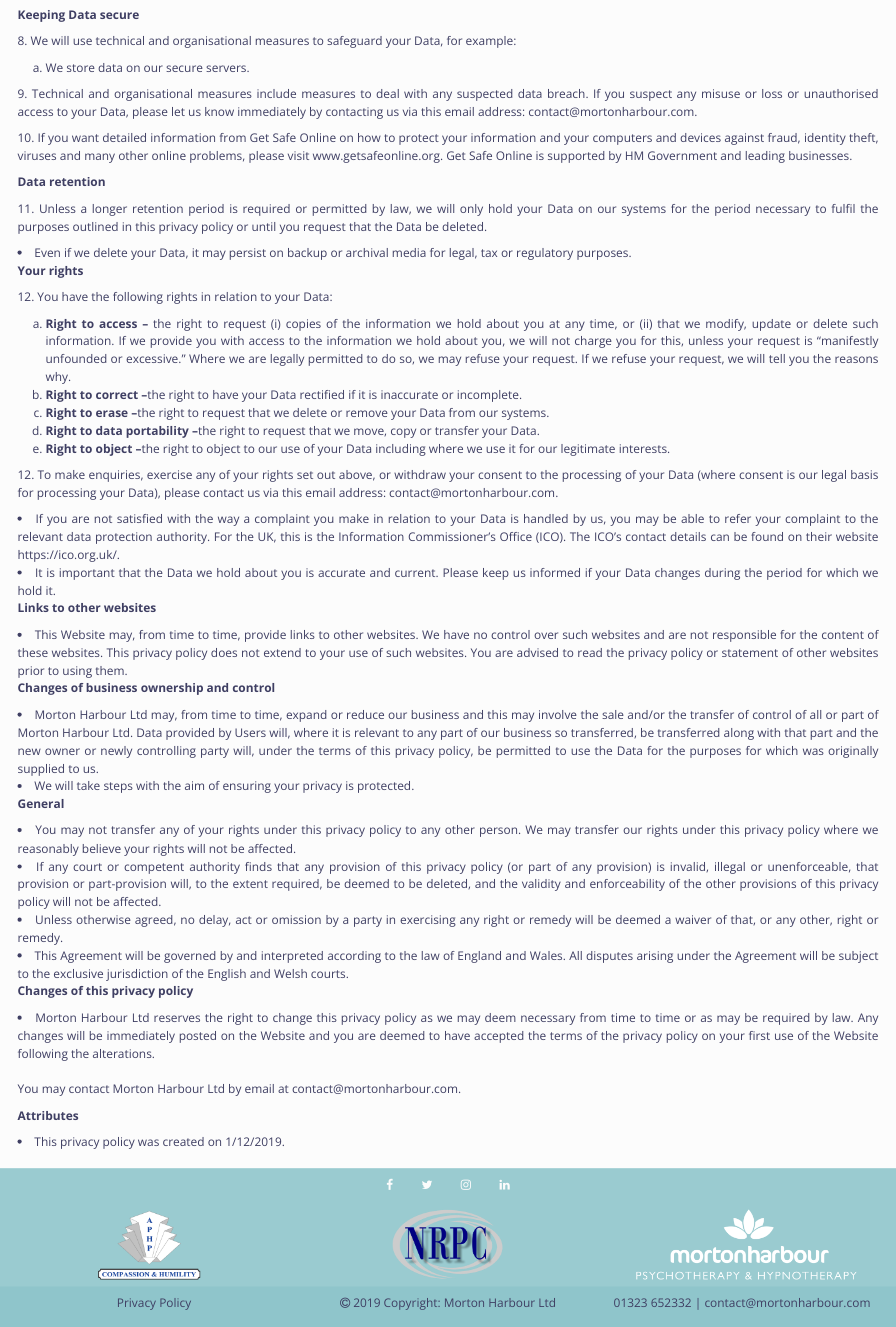
Repository: Code-Institute-Submissions/mortonharbour
Page: privacy_policy.html
The author's editor kept a record of every edit. The page is drawn from the files as they stood at one moment, then again after the next edit.
The browser window is 1280 px wide. The pictures show the part of the page from y = 1677 to 3597 px (the page is 3573 px tall before and 3597 px after), at 70% of full size.
Some web libraries are served in a nearby version.

Above is the page before.

### privacy_policy.html
<!DOCTYPE html>
<html lang="en">

<head>
    <meta charset="UTF-8">
    <meta name="viewport" content="width=device-width, initial-scale=1.0">
    <meta http-equiv="X-UA-Compatible" content="ie=edge">

    <!--Links to Bootstrap, JavaScript and FontAwesome cdn, customer style.css file-->
    <link rel="stylesheet" href="https://stackpath.bootstrapcdn.com/bootstrap/4.4.0/css/bootstrap.min.css" integrity="sha384-SI27wrMjH3ZZ89r4o+fGIJtnzkAnFs3E4qz9DIYioCQ5l9Rd/7UAa8DHcaL8jkWt" crossorigin="anonymous">
    <link rel="stylesheet" href="https://stackpath.bootstrapcdn.com/font-awesome/4.7.0/css/font-awesome.min.css" type="text/css" />
    <script src="https://code.jquery.com/jquery-3.2.1.slim.min.js" integrity="sha384-KJ3o2DKtIkvYIK3UENzmM7KCkRr/rE9/Qpg6aAZGJwFDMVNA/GpGFF93hXpG5KkN" crossorigin="anonymous"></script>
    <script src="https://cdnjs.cloudflare.com/ajax/libs/popper.js/1.11.0/umd/popper.min.js" integrity="sha384-b/U6ypiBEHpOf/4+1nzFpr53nxSS+GLCkfwBdFNTxtclqqenISfwAzpKaMNFNmj4" crossorigin="anonymous"></script>
    <script src="https://maxcdn.bootstrapcdn.com/bootstrap/4.0.0-beta/js/bootstrap.min.js" integrity="sha384-h0AbiXch4ZDo7tp9hKZ4TsHbi047NrKGLO3SEJAg45jXxnGIfYzk4Si90RDIqNm1" crossorigin="anonymous"></script>

    <link rel="stylesheet" href="assets/css/style.css" />

    <title>Privacy Policy</title>
</head>

<body>
    <header>
        <div class="container-fluid">
            <nav class="navbar navbar-expand-lg navbar-light">
                <a href="index.html" class="col-sm-4 logo"><span class="sr-only">Go to our home page</span></a>

                <button class="navbar-toggler" type="button" data-toggle="collapse" data-target="#navbarSupportedContent" aria-controls="navbarSupportedContent" aria-expanded="false" aria-label="Toggle navigation">
            <span class="navbar-toggler-icon"></span>
            </button>
                <div class="collapse navbar-collapse justify-content-end" id="navbarSupportedContent">
                    <ul class="navbar-nav">
                        <li class="nav-item active">
                            <a class="nav-link" href="index.html"><span class="sr-only">Go to our home page</span>Home</a>
                        </li>
                        <li class="nav-item active">
                            <a class="nav-link" href="about_us.html"><span class="sr-only">Learn more about us</span>About Us</a>
                        </li>
                        <li class="nav-item dropdown">
                            <a class="nav-link dropdown-toggle" href="therapy.html" id="navbarDropdown" role="button" data-toggle="dropdown" aria-haspopup="true" aria-expanded="false">
                          Therapy
                        </a>
                            <div class="dropdown-menu" aria-labelledby="navbarDropdown">
                                <a class="dropdown-item" href="psychotherapy.html"><span class="sr-only">Find out about psychotherapy we offer</span>Psychotherapy</a>
                                <a class="dropdown-item" href="hypnotherapy.html"><span class="sr-only">Find out about hypnotherapy we offer</span>Hypnotherapy</a>
                                <a class="dropdown-item" href="emergency_therapy.html"><span class="sr-only">Find out about the emergency appointments we can offer</span>Emergency Appointments</a>
                            </div>
                        </li>
                        <li class="nav-item active">
                            <a class="nav-link" href="testimonials.html"><span class="sr-only">Find out what our clients say</span>Testimonials</a>
                        </li>
                        <li class="nav-item active">
                            <a class="nav-link" href="1-in-4_blog.html"><span class="sr-only">1 in 4 Blog</span>1 in 4 Blog</a>
                        </li>
                        <li class="nav-item active">
                            <a class="nav-link" href="contact.html"><span class="sr-only">Contact Us</span>Contact</a>
                        </li>
                    </ul>
                </div>
                <span id="header-mobile"><a href="tel:#"><i class="fa fa-mobile" aria-hidden="true"></i>
                <span class="sr-only">Call us</span>07968 114 196</a>
                </span>
            </nav>
        </div>
    </header>

    <!--Privacy policy-->

    <section id="privacy-policy-wording">
        <h2>Privacy Policy</h2>
        <p>This privacy applies between you, the User of this Website and Morton Harbour Ltd, the owner and provider of this Website. Morton Harbour Ltd takes the privacy of your information very seriously. This privacy policy applies to our use of any and
            all Data collected by us or provided by you in relation to your use of the Website.</p>
        <p><small><b>Please read this privacy policy carefully.</b></small></p>
        <h4><b>Definitions and interpretation</b></h4>
        <p>1. In this privacy policy, the following definitions are used:</p>
        <table class="privacy-table">
            <tr>
                <td class="privacy-data">Data</td>
                <td class="privacy-data">Collectively all information that you submit to Morton Harbour Ltd via the Website. This definition incorporates, where applicable, the definitions provided in the Data Protection Laws;</td>
            </tr>
            <tr>
                <td class="privacy-data">Data Protection Laws</td>
                <td class="privacy-data">Any applicable law relating to the processing of personal Data, including but not limited to the Directive 96/46/EC (Data Protection Directive) or GDPR, and any national implementing laws, regulations and secondary legislation, for as
                    long as the GDPR is effective in the UK;</td>
            </tr>
            <tr>
                <td class="privacy-data">GDPR</td>
                <td class="privacy-data">The General Data Protection Regulation (EU) 2016/679;</td>
            </tr>
            <tr>
                <td class="privacy-data">We or us</td>
                <td class="privacy-data">Morton Harbour Ltd</td>
            </tr>
            <tr>
                <td class="privacy-data">User or you</td>
                <td class="privacy-data">Any third party that accesses the Website and is not either (i) employed by Morton Harbour Ltd and acting in the course of their employment or (ii) engaged as a consultant or otherwise providing services to Morton Harbour Ltd and accessing
                    the Website in connection with the provision of such services; and</td>
            </tr>
            <tr>
                <td class="privacy-data">Website</td>
                <td class="privacy-data">The website that you are currently using, <a href="index.html" class="privacy-policy-links"><span class="sr-only">Go to our home page</span>www.mortonharbour.com</a>, and any sub-domains of this site unless expressly excluded by their
                    own terms and conditions.</td>
            </tr>
        </table>
        <p>2. In this privacy policy, unless the context requires a different interpretation:</p>
        <ol type="a">
            <li>The singular includes the plural and vice versa;</li>
            <li>References to sub-clauses, clauses, schedules or appendices are sub-clauses, clauses, schedules or appendices of this privacy policy;</li>
            <li>A reference to a person includes firms, companies, government entities, trusts and partnerships;</li>
            <li>“including” is understood to mean “including without limitation”;</li>
            <li>Reference to any statutory provision includes any modification or amendment of it;</li>
            <li>The headings and sub-headings do not form part of this privacy policy.</li>
        </ol>
        <p><b>Scope of this privacy policy</b></p>
        <p>3. This privacy policy applies only to the actions of Morton Harbour Ltd, and users with respect to this Website. It does not extend to any websites that can be accessed from this Website, including, but not limited to, any links we may provide
            to social media websites.</p>
        <p>4. For purposes of the applicable Data Protection Laws, Morton Harbour Ltd is the “data controller”. This means that Morton Harbour Ltd determines the purposes for which, and the manner in which, your Data is processed.</p>
        <p><b>How we collect Data</b></p>
        <p>5. We collect Data in the following ways:</p>
        <ol type="a">
            <li>Data is given to us by you; and</li>
            <li>Data is collected automatically.</li>
        </ol>
        <p><b>Data that is given to us by you</b></p>
        <p>6. Morton Harbour Ltd will collect your Data in a number of ways, for example:</p>
        <ol type="a">
            <li>When you contact us through the Website, by telephone, email or through any other means; in each case, in accordance with this privacy policy.</li>
        </ol>
        <p><b>Data that is collected automatically</b></p>
        <p>7.  To the extent that you access the Website, we will collect your Data automatically, for example:</p>
        <ol type="a">
            <li>We automatically collect some information about your visit to the Website. This information helps us to make improvements to Website content and navigation, and includes your IP address, the date, times and frequency with which you access
                the Website and the way you use and interact with its content.</li>
        </ol>
        <p><b>Keeping Data secure</b></p>
        <p>8. We will use technical and organisational measures to safeguard your Data, for example:</p>
        <ol type="a">
            <li>We store data on our secure servers.</li>
        </ol>
        <p>9. Technical and organisational measures include measures to deal with any suspected data breach. If you suspect any misuse or loss or unauthorised access to your Data, please let us know immediately by contacting us via this email address:
            <a href="mailto:#" class="privacy-policy-links">contact@mortonharbour.com<span class="sr-only">Email us</span></a>.</p>
        <p>10. If you want detailed information from Get Safe Online on how to protect your information and your computers and devices against fraud, identity theft, viruses and many other online problems, please visit <a href="https://www.getsafeonline.org"
                target="_blank" class="privacy-policy-links">www.getsafeonline.org<span class="sr-only">Get Safe Online Website</span></a>. Get Safe Online is supported by HM Government and leading businesses.</p>
        <p><b>Data retention</b></p>
        <p>11. Unless a longer retention period is required or permitted by law, we will only hold your Data on our systems for the period necessary to fulfil the purposes outlined in this privacy policy or until you request that the Data be deleted.</p>
        <li>Even if we delete your Data, it may persist on backup or archival media for legal, tax or regulatory purposes.</li>
        <p><b>Your rights</b></p>
        <p>12. You have the following rights in relation to your Data:</p>
        <ol type="a">
            <li><b>Right to access –</b> the right to request (i) copies of the information we hold about you at any time, or (ii) that we modify, update or delete such information. If we provide you with access to the information we hold about you, we will
                not charge you for this, unless your request is “manifestly unfounded or excessive.” Where we are legally permitted to do so, we may refuse your request. If we refuse your request, we will tell you the reasons why.</li>
            <li><b>Right to correct –</b>the right to have your Data rectified if it is inaccurate or incomplete.</li>
            <li><b>Right to erase –</b>the right to request that we delete or remove your Data from our systems.</li>
            <li><b>Right to data portability –</b>the right to request that we move, copy or transfer your Data.</li>
            <li><b>Right to object –</b>the right to object to our use of your Data including where we use it for our legitimate interests.</li>
        </ol>
        <p>12. To make enquiries, exercise any of your rights set out above, or withdraw your consent to the processing of your Data (where consent is our legal basis for processing your Data), please contact us via this email address: contact@mortonharbour.com.</p>
        <li>If you are not satisfied with the way a complaint you make in relation to your Data is handled by us, you may be able to refer your complaint to the relevant data protection authority. For the UK, this is the Information Commissioner’s Office
            (ICO). The ICO’s contact details can be found on their website https://ico.org.uk/.</li>
        <li>It is important that the Data we hold about you is accurate and current. Please keep us informed if your Data changes during the period for which we hold it.</li>
        <p><b>Links to other websites</b></p>
        <li>This Website may, from time to time, provide links to other websites. We have no control over such websites and are not responsible for the content of these websites. This privacy policy does not extend to your use of such websites. You are advised
            to read the privacy policy or statement of other websites prior to using them.</li>
        <p><b>Changes of business ownership and control</b></p>
        <li>Morton Harbour Ltd may, from time to time, expand or reduce our business and this may involve the sale and/or the transfer of control of all or part of Morton Harbour Ltd. Data provided by Users will, where it is relevant to any part of our business
            so transferred, be transferred along with that part and the new owner or newly controlling party will, under the terms of this privacy policy, be permitted to use the Data for the purposes for which was originally supplied to us.
        </li>
        <li>We will take steps with the aim of ensuring your privacy is protected.</li>
        <p><b>General</b></p>
        <li>You may not transfer any of your rights under this privacy policy to any other person. We may transfer our rights under this privacy policy where we reasonably believe your rights will not be affected.</li>
        <li>If any court or competent authority finds that any provision of this privacy policy (or part of any provision) is invalid, illegal or unenforceable, that provision or part-provision will, to the extent required, be deemed to be deleted, and the
            validity and enforceability of the other provisions of this privacy policy will not be affected.</li>
        <li>Unless otherwise agreed, no delay, act or omission by a party in exercising any right or remedy will be deemed a waiver of that, or any other, right or remedy.</li>
        <li>This Agreement will be governed by and interpreted according to the law of England and Wales. All disputes arising under the Agreement will be subject to the exclusive jurisdiction of the English and Welsh courts.</li>
        <p><b>Changes of this privacy policy</b></p>
        <li>Morton Harbour Ltd reserves the right to change this privacy policy as we may deem necessary from time to time or as may be required by law. Any changes will be immediately posted on the Website and you are deemed to have accepted the terms of
            the privacy policy on your first use of the Website following the alterations.</li><br>
        <p>You may contact Morton Harbour Ltd by email at <a href="mailto:#" class="privacy-policy-links">contact@mortonharbour.com</a><span class="sr-only">Email us</span>.</p>
        <p><b>Attributes</b></p>
        <li>This privacy policy was created on 1/12/2019.</li>
        </ol>
    </section>

    <!--Privacy policy-->

    <footer class="container-fluid">
        <div class="row">
            <div class="col-sm-12">
                <ul class="list-inline text-center social-media-icons">
                    <li class="list-inline-item">
                        <a target="_blank" href="https://www.facebook.com/MortonHarbour/">
                            <i class="fa fa-facebook" aria-hidden="true"></i>
                            <span class="sr-only">Facebook opens in a new window</span>
                        </a>
                    </li>
                    <li class="list-inline-item">
                        <a target="_blank" href="https://twitter.com/mortonharbour">
                            <i class="fa fa-twitter" aria-hidden="true"></i>
                            <span class="sr-only">Twitter opens in a new window</span>
                        </a>
                    </li>
                    <li class="list-inline-item">
                        <a target="_blank" href="https://www.instagram.com/morton_harbour/">
                            <i class="fa fa-instagram" aria-hidden="true"></i>
                            <span class="sr-only">Instagram opens in a new window</span>
                        </a>
                    </li>
                    <li class="list-inline-item">
                        <a target="_blank" href="https://www.linkedin.com/in/magda-harbour-maphp-51b590b4/">
                            <i class="fa fa-linkedin" aria-hidden="true"></i>
                            <span class="sr-only">LinkedIn opens in a new window></span>
                        </a>
                    </li>
                </ul>
            </div>
        </div>
        <div class="row">
            <a href="https://www.aphp.co.uk/" target="_blank" class="col-sm-4 aphp-logo">
                <span class="sr-only">Visit the APHP website, opens in new window</span>
            </a>
            <a href="https://www.nrpc.co.uk/" target="_blank" class="col-sm-4 nrpc-logo">
                <span class="sr-only">Visit the NRPC website, opens in new window</span>
            </a>
            <a href="index.html" class="col-sm-4 footer-logo">
                <span class="sr-only">Go to our home page</span>
            </a>
        </div>
        <div class="row footer-end">
            <div class="col-sm-4 text-center footer-end-item">
                <a href="privacy_policy.html" target="_blank"><span class="sr-only">Please read our privacy policy, opens in new window</span>Privacy Policy</a>
            </div>
            <div class="col-sm-4 text-center">
                <p><i class="fa fa-copyright" aria-hidden="true"></i> 2019 Copyright: Morton Harbour Ltd</p>
            </div>
            <div class="div col-sm-4 text-center footer-end-item">
                <address><a href="tel:+01323652332">01323 652332 | <span class="sr-only">contact number</span></a><a href="mailto:#">contact@mortonharbour.com
                    <span class="sr-only">email address</span>
                </a>
                </address>
            </div>
        </div>
    </footer>
</body>

</html>

Loaded but not shown: assets/css/style.css (596 lines, source omitted)

After the next edit:
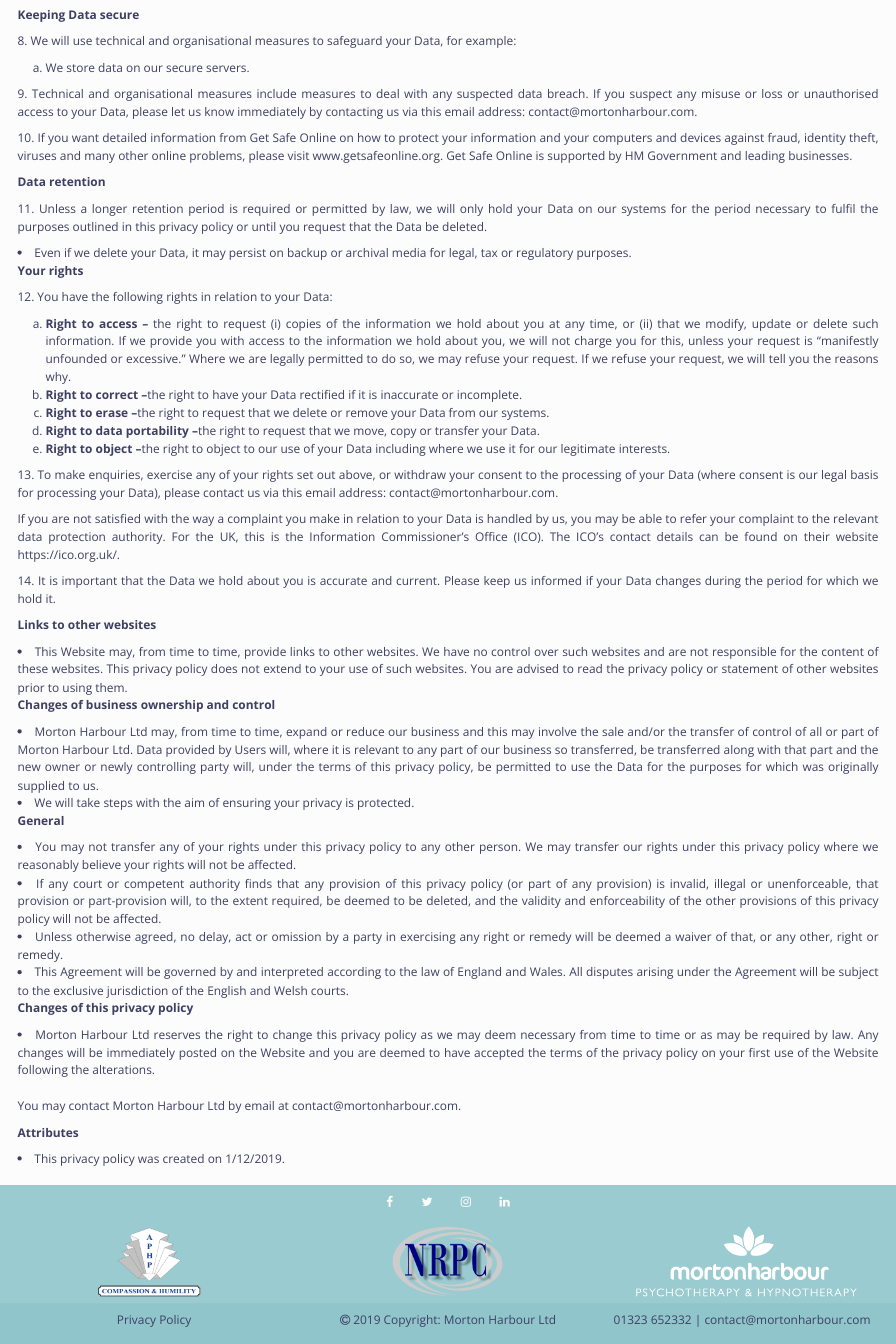
The edit:
--- a/privacy_policy.html
+++ b/privacy_policy.html
@@ -153,10 +153,10 @@
             <li><b>Right to data portability –</b>the right to request that we move, copy or transfer your Data.</li>
             <li><b>Right to object –</b>the right to object to our use of your Data including where we use it for our legitimate interests.</li>
         </ol>
-        <p>12. To make enquiries, exercise any of your rights set out above, or withdraw your consent to the processing of your Data (where consent is our legal basis for processing your Data), please contact us via this email address: contact@mortonharbour.com.</p>
-        <li>If you are not satisfied with the way a complaint you make in relation to your Data is handled by us, you may be able to refer your complaint to the relevant data protection authority. For the UK, this is the Information Commissioner’s Office
-            (ICO). The ICO’s contact details can be found on their website https://ico.org.uk/.</li>
-        <li>It is important that the Data we hold about you is accurate and current. Please keep us informed if your Data changes during the period for which we hold it.</li>
+        <p>13. To make enquiries, exercise any of your rights set out above, or withdraw your consent to the processing of your Data (where consent is our legal basis for processing your Data), please contact us via this email address: contact@mortonharbour.com.</p>
+        <p>If you are not satisfied with the way a complaint you make in relation to your Data is handled by us, you may be able to refer your complaint to the relevant data protection authority. For the UK, this is the Information Commissioner’s Office
+            (ICO). The ICO’s contact details can be found on their website https://ico.org.uk/.</p>
+        <p>14. It is important that the Data we hold about you is accurate and current. Please keep us informed if your Data changes during the period for which we hold it.</p>
         <p><b>Links to other websites</b></p>
         <li>This Website may, from time to time, provide links to other websites. We have no control over such websites and are not responsible for the content of these websites. This privacy policy does not extend to your use of such websites. You are advised
             to read the privacy policy or statement of other websites prior to using them.</li>
